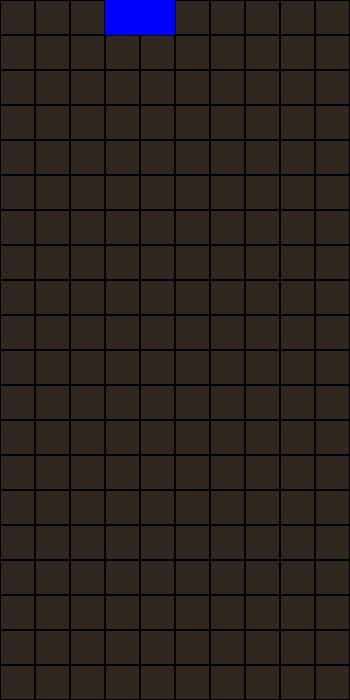
Repository: lucacdev/Tetris
Script's output: python main.py
An editor plug-in stored every save of this project. The script's output is shown before and after the next save, followed by the edit.
The window is shown after at most 60 frames with no key pressed. Random numbers start from a fixed seed.

Above is the script's output before, as saved 2024-02-29 20:06:31.

After the next save:
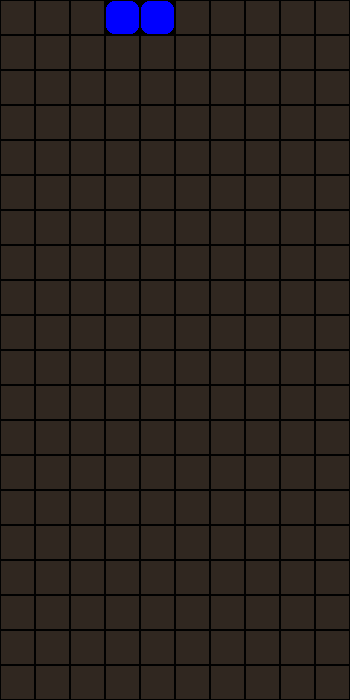
Saved 4 min 3 s later.
--- a/tetromino.py
+++ b/tetromino.py
@@ -8,7 +8,7 @@
 
         super().__init__(tetromino.tetris.sprite_group)
         self.image = pg.Surface([TILE_SIZE, TILE_SIZE])
-        self.image.fill('blue')
+        pg.draw.rect(self.image, 'blue', (1, 1, TILE_SIZE - 2, TILE_SIZE - 2), border_radius = 8)
         self.rect = self.image.get_rect()
 
     def rotate(self, pivot_pos):
